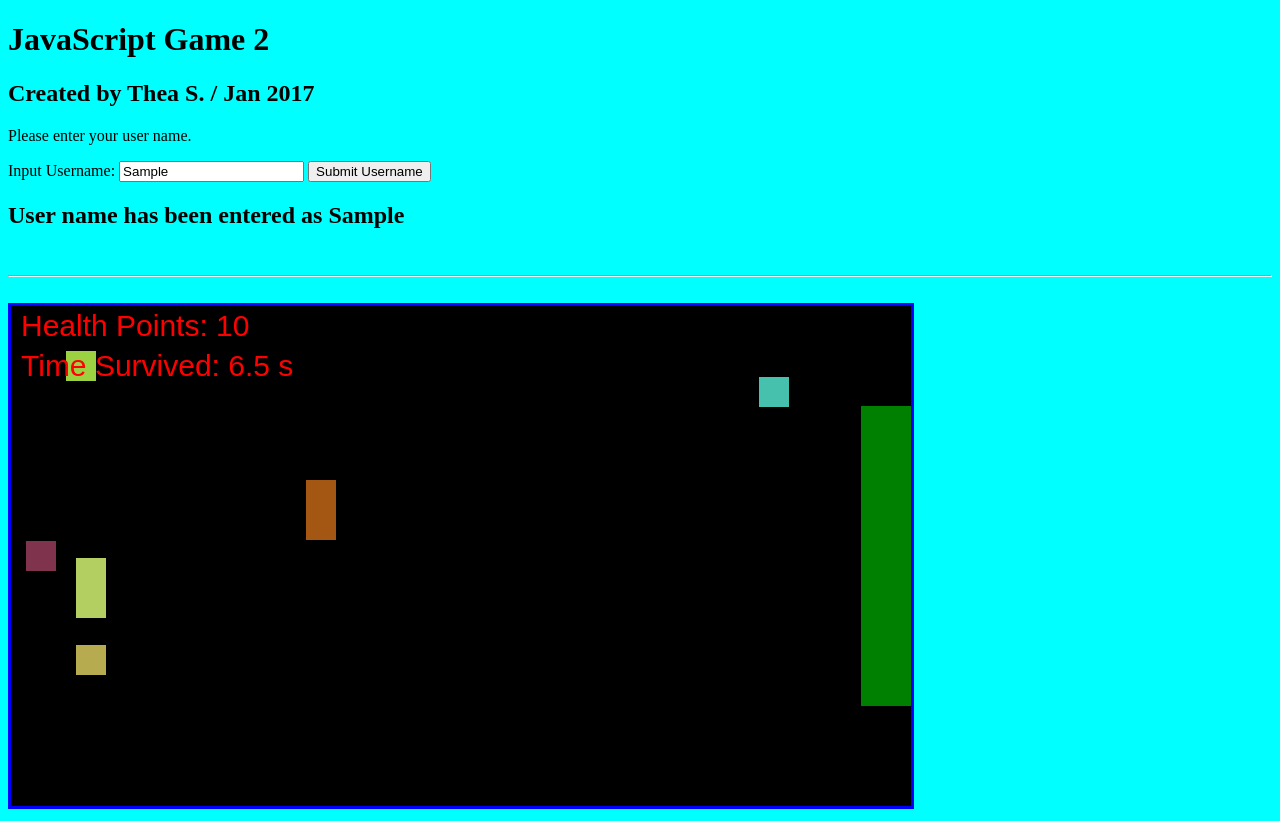
Repository: m-rabbit/b1_sukianto_code
Page: websites/JS_Game_02/index.html
These files come from the project's save history. The page is drawn as it stood at one moment and after the next save; the edit follows.
The browser window is 1280 px wide. The pictures show the whole page.
Empty fields were first filled with sample values (such as "Sample", 5 or name@example.com).
After loading, the first visible `button` was clicked once.

Above is the page before, as saved 2017-02-28 15:33:27.

### websites/JS_Game_02/index.html
<!DOCTYPE html>
<html>
	<head>
		<title>JavaScript Game 2</title>
		<style>
			body {
				background-color: #00FFFF;
			}
			canvas {
				border: 3px solid blue;
				background-color: #000000;
			}
		</style>
	</head>
	<body>
		<h1>JavaScript Game 2</h1>
		<h2>Created by Thea S. / Jan 2017</h2>

		<p>Please enter your user name.</p>

		Input Username: <input id="userName" type="text">
		<button type="button" onclick="addUserName()">Submit Username</button>
		<h2 id="showUserName"></h2>
		<br>
		<hr>
		<br>

		<canvas id="ctx" width="900" height="500"></canvas>
		<script src="js/gametwo.js">
		</script>
	</body>
</html>

### websites/JS_Game_02/js/gametwo.js
var ctx = document.getElementById("ctx").getContext("2d");

var ctxWidth = 900;
var ctxHeight = 500;
var rtSpacing = 30;
var bottomSpacing = 10;
var topSpacing = 30;

var appleRed = "#FF0000";
var skyBlue = "#0000FF";
var grassGreen = "#00FF00";
var canaryYellow = "#FFFF00";
var myBlack = "#000000";
var myPink = "rgba(255, 102, 153, 0.5)";

var enemyList = {};

var timeWhenGameStarted = Date.now();

// player as an object
var player = {
	x : 30,
	spdX : 3,
	y : 250,
	spdY : 7,
	name : "P",
	font : '30px Arial',
	wallFont : '60px Arial',
	topBottomFont : '10px Arial',
	color : myPink,
	colorWall : appleRed,
	colorTopBottom : skyBlue,
	highPoints : 10,
	w: 30,
	h: 30
};
// end of player

// this is a "Constructor"
Enemy = function(id, passX, passY, passName, passFont, passWallFont, passTopBottomFont, passColor, passWidth, passHeight) {

	var enemy = {
		id : id,
		x : passX,
		spdX : getRandomIntInclusive(1, 200),
		y : passY,
		spdY : getRandomIntInclusive(1, 200),
		name : passName,
		font : passFont,
		wallFont : passWallFont,
		topBottomFont : passTopBottomFont,
		color : passColor,
		w: passWidth,
		h: passHeight
	};

	enemyList[id] = enemy;

};

function getRandomIntInclusive(min, max) {
	min = Math.ceil(min);
	max = Math.floor(max);
	return Math.floor(Math.random() * (max - min + 1)) + min;
}

// end of Enemy() constructor

function addUserName() {
	var message;

	var nameOfUser = document.getElementById("userName").value;
	message = "User name has been entered as " + nameOfUser;
	document.getElementById("showUserName").innerHTML = message;

	ctx.font = "20px Arial";
	ctx.fillStyle = "#FF0000";
	ctx.fillText("Player: " + nameOfUser, 20, 250);
}



getDistanceBetweenEntity = function(entity1, entity2) {
	var dx = entity1.x - entity2.x;
	var dy = entity1.y - entity2.y;
	return Math.sqrt(dx * dx + dy * dy);

};

testCollisionRectRect = function(rect1, rect2) {
	return rect1.x <= rect2.x + rect2.width
	&& rect2.x <= rect1.x + rect1.width
	&& rect1.y <= rect2.y + rect2.height
	&& rect2.y <= rect1.y + rect1.height;
};

testCollisionEntity = function(entity1, entity2) {
	var rect1 = {
		x: entity1.x,
		y: entity1.y,
		width: entity1.w,
		height: entity1.h
	};

	var rect2 = {
		x: entity2.x,
		y: entity2.y,
		width: entity2.w,
		height: entity2.h
	};
	return testCollisionRectRect(rect1, rect2);
};

document.onmousemove = function(mouse) {
	var mouseX = mouse.clientX;
	var mouseY = mouse.clientY;
	console.log("mouse x,y: " + mouseX + "," + mouseY);
	player.x = mouseX - 12;
	player.y = mouseY - 125;
};
updateEntity = function(something) {
	updateEntityPosition(something);
	drawEnemy(something);
};

updateEntityPosition = function(something) {
	var red = getRandomIntInclusive(0, 255);
	var green = getRandomIntInclusive(0, 255);
	var blue = getRandomIntInclusive(0, 255);

	something.x += something.spdX;
	something.y += something.spdY;

	//flips spdX if we hit either the left or the right sides
	if (something.x >= ctxWidth - something.w  || something.x <= 0 - something.w) {// right side OR left side
		something.spdX *= -1;
		something.color = "rgb(" + red + "," + green + "," + blue + ")";
		something.font = something.wallFont;
	}

	// flip spdY if we hit either the ceiling OR the floor
	if (something.y >= ctxHeight - bottomSpacing || something.y <= topSpacing) {// || is a Boolean for "OR"
		something.spdY *= -1;
		something.color = "rgb(" + red + "," + green + "," + blue + ")";
		something.font = something.topBottomFont;
	}
};

drawPlayer = function(something) {
	ctx.save();
	ctx.font = something.font;
	ctx.fillStyle = something.color;
	//ctx.fillText(something.name, something.x, something.y);
	ctx.fillRect(something.x-something.w/2,something.y-something.h/2,something.w,something.h);
	ctx.restore();
};

drawEnemy = function(something) {
	ctx.save();
	ctx.font = something.font;
	ctx.fillStyle = something.color;
	//ctx.fillText(something.name, something.x, something.y);
	//ctx.fillRect(something.x,something.y,something.w,something.h);
	ctx.fillRect(something.x-something.w/2,something.y-something.h/2,something.w,something.h);
	ctx.restore();
};

update = function() {
	ctx.clearRect(0, 0, ctxWidth, ctxHeight);
	//updateEntity(player);

	drawPlayer(player);
	var timeSurvived = Date.now() - timeWhenGameStarted;
	if (timeSurvived >= 3000) {
		ctx.fillStyle = "rgba(0, 255, 0, 0.5)";
		ctx.fillRect(850, 100, 50, 300);
		if(player.x >= 870 && player.y >= 100) {
			alert("You Win!");
			player.highPoints = 10;
			timeWhenGameStarted = Date.now();
		}
		for (var i in enemyList) {
			updateEntity(enemyList[i]);

			var isColliding = testCollisionEntity(player, enemyList[i]);
			if (isColliding) {
				player.highPoints--;
				//console.log("Collision!");
				if (player.highPoints < 0) {
					alert("Game Over! time = " + timeSurvived / 1000 + " s");
					player.highPoints = 10;
					timeWhenGameStarted = Date.now();
				}
			}
		};
	}

	ctx.font = "30px Arial";
	ctx.fillStyle = "#FF0000";
	ctx.fillText("Health Points: " + player.highPoints, 10, 30);
	var currentTime = Date.now() - timeWhenGameStarted;
	ctx.font = "30px Arial";
	ctx.fillStyle = "#FF0000";
	ctx.fillText("Time Survived: " + currentTime / 1000 + " s", 10, 70);

};
// end of update()

Enemy('E1', 70, 60, 'E01', '30px Arial', '60px Arial', '10px Arial', grassGreen,30,30);

Enemy('E2', 80, 50, 'E02', '60px Arial', '30px Arial', '15px Arial', grassGreen,30,60);

Enemy('E3', 75, 50, 'E03', '20px Arial', '80px Arial', '20px Arial', grassGreen,30,30);

Enemy('E4', 70, 60, 'E04', '30px Arial', '60px Arial', '10px Arial', grassGreen,30,60);

Enemy('E5', 80, 50, 'E05', '60px Arial', '30px Arial', '15px Arial', grassGreen,30,30);

setInterval(update, 100);

After the next save:
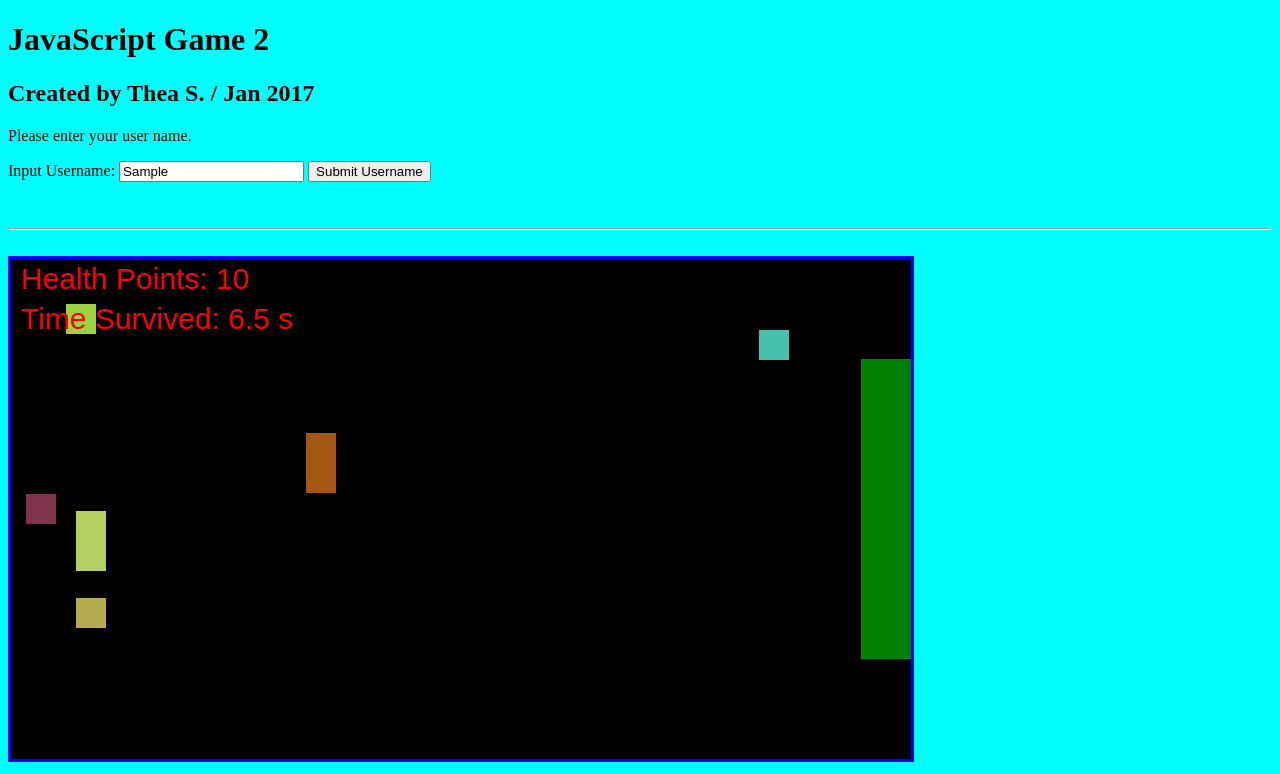
Saved 3 min 32 s later.
--- a/websites/JS_Game_02/js/gametwo.js
+++ b/websites/JS_Game_02/js/gametwo.js
@@ -5,6 +5,7 @@ var ctxHeight = 500;
 var rtSpacing = 30;
 var bottomSpacing = 10;
 var topSpacing = 30;
+var nameOfUser = "anon";
 
 var appleRed = "#FF0000";
 var skyBlue = "#0000FF";
@@ -67,11 +68,11 @@ function getRandomIntInclusive(min, max) {
 // end of Enemy() constructor
 
 function addUserName() {
-	var message;
+	//var message;
 
 	var nameOfUser = document.getElementById("userName").value;
 	message = "User name has been entered as " + nameOfUser;
-	document.getElementById("showUserName").innerHTML = message;
+	//document.getElementById("showUserName").innerHTML = message;
 
 	ctx.font = "20px Arial";
 	ctx.fillStyle = "#FF0000";
